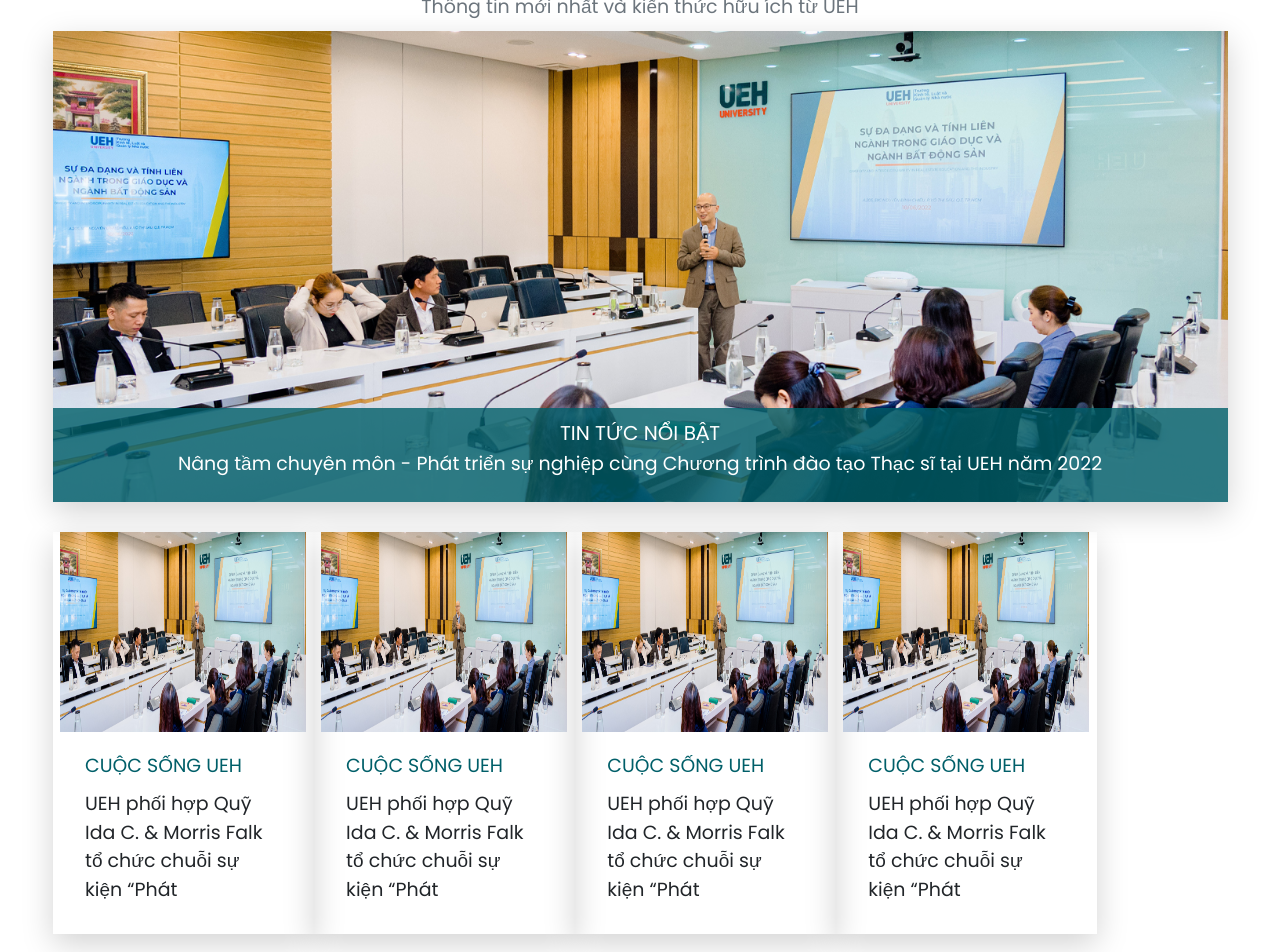
Repository: Jackietruong2805/frontends
Page: html css/ueh/index.html
An editor plug-in stored every save of this project. The page is shown before and after the next save, followed by the edit.
The browser window is 1280 px wide. The page is 1288 px wide, so the pictures cover 1288 px, including what lies to the right of the window. The pictures show the part of the page from y = 768 to 1720 px (the page is 1720 px tall).
Some web libraries are served in a nearby version.

Above is the page before, as saved 2022-06-20 09:48:58.

### html css/ueh/index.html
<!DOCTYPE html>
<html lang="en">
  <head>
    <meta charset="UTF-8" />
    <meta http-equiv="X-UA-Compatible" content="IE=edge" />
    <meta name="viewport" content="width=device-width, initial-scale=1.0" />
    <title>UEH</title>
    <!-- FONT GOOGLE -->
    <link rel="preconnect" href="https://fonts.googleapis.com" />
    <link rel="preconnect" href="https://fonts.gstatic.com" crossorigin />
    <link
      href="https://fonts.googleapis.com/css2?family=Poppins:wght@300;400;700&display=swap"
      rel="stylesheet"
    />
    <!-- FONT AWESOME -->
    <link
      rel="stylesheet"
      href="https://cdnjs.cloudflare.com/ajax/libs/font-awesome/6.1.1/css/all.min.css"
      integrity="sha512-KfkfwYDsLkIlwQp6LFnl8zNdLGxu9YAA1QvwINks4PhcElQSvqcyVLLD9aMhXd13uQjoXtEKNosOWaZqXgel0g=="
      crossorigin="anonymous"
      referrerpolicy="no-referrer"
    />
    <!-- BS5 -->
    <link
      href="https://cdn.jsdelivr.net/npm/bootstrap@5.1.3/dist/css/bootstrap.min.css"
      rel="stylesheet"
      integrity="sha384-1BmE4kWBq78iYhFldvKuhfTAU6auU8tT94WrHftjDbrCEXSU1oBoqyl2QvZ6jIW3"
      crossorigin="anonymous"
    />
    <!-- INDEX CSS -->
    <link rel="stylesheet" href="./css/index.css" />
  </head>
  <body class="fix">
    <!-- HEADER -->
    <header class="container-fluid p-0">
      <nav
        class="navbar navbar-expand-lg navbar-dark bg-dark p-0 fixed-top w-100"
        id="brand-bar"
      >
        <div class="container-fluid px-5">
          <a class="navbar-brand" id="header--workmark" href="#">
            <img src="./img/logo-header.png" id="logo-header" alt="ueh-logo" />
          </a>
          <button
            class="navbar-toggler"
            type="button"
            data-bs-toggle="collapse"
            data-bs-target="#navbarUeh"
            aria-controls="navbarSupportedContent"
            aria-expanded="false"
            aria-label="Toggle navigation"
          >
            <span class="navbar-toggler-icon"></span>
          </button>
          <div class="collapse navbar-collapse" id="navbarUeh">
            <ul class="navbar-nav ms-auto mb-2 mb-lg-0 px-5">
              <li class="nav-item">
                <a class="nav-link active" aria-current="page" href="#"
                  >Tân sinh viên</a
                >
              </li>
              <li class="nav-item">
                <a class="nav-link" href="#">Người học</a>
              </li>
              <li class="nav-item">
                <a class="nav-link" href="#">Cựu sinh viên</a>
              </li>
              <li class="nav-item">
                <a class="nav-link" href="#">UEH Future</a>
              </li>
              <li class="nav-item">
                <a class="nav-link" href="#">UEHer</a>
              </li>
              <li class="nav-item">
                <a class="nav-link" href="#">UEH Vĩnh Long</a>
              </li>
              <li class="nav-item d-flex align-items-center">
                <div class="button-cover">
                  <span class="vi text-white">VI</span>
                  <span class="en">EN</span>
                </div>
              </li>
            </ul>
            <button class="btn btn-info">
              <i class="fa fa-search"></i>
            </button>
          </div>
        </div>
      </nav>
      <div id="video" class="video row">
        <div class="video-ueh"></div>
      </div>
    </header>

    <!-- CAROUSEL -->
    <div class="body">
      <section class="carousel">
        <div id="uehIndicators" class="carousel slide" data-bs-ride="carousel">
          <div class="carousel-indicators">
            <button
              type="button"
              data-bs-target="#uehIndicators"
              data-bs-slide-to="0"
              class="active"
              aria-current="true"
              aria-label="Slide 1"
            ></button>
            <button
              type="button"
              data-bs-target="#uehIndicators"
              data-bs-slide-to="1"
              aria-label="Slide 2"
            ></button>
            <button
              type="button"
              data-bs-target="#uehIndicators"
              data-bs-slide-to="2"
              aria-label="Slide 3"
            ></button>
            <button
              type="button"
              data-bs-target="#uehIndicators"
              data-bs-slide-to="3"
              aria-label="Slide 4"
            ></button>
            <button
              type="button"
              data-bs-target="#uehIndicators"
              data-bs-slide-to="4"
              aria-label="Slide 4"
            ></button>
          </div>
          <div class="carousel-inner">
            <div class="carousel-item active">
              <img src="./img/slider-1.jpg" class="d-block w-100" alt="..." />
            </div>
            <div class="carousel-item">
              <img src="./img/slider-2.png" class="d-block w-100" alt="..." />
            </div>
            <div class="carousel-item">
              <img src="./img/slider-3.jpg" class="d-block w-100" alt="..." />
            </div>
            <div class="carousel-item">
              <img src="./img/slider-4.jpg" class="d-block w-100" alt="..." />
            </div>
            <div class="carousel-item">
              <img src="./img/slider-5.png" class="d-block w-100" alt="..." />
            </div>
          </div>
          <button
            class="carousel-control-prev"
            type="button"
            data-bs-target="#uehIndicators"
            data-bs-slide="prev"
          >
            <span class="ueh-block-title">
              <i class="fa fa-angle-left"></i>
            </span>
            <span class="visually-hidden">Previous</span>
          </button>
          <button
            class="carousel-control-next"
            type="button"
            data-bs-target="#uehIndicators"
            data-bs-slide="next"
          >
            <span class="ueh-block-title"
              ><i class="fa fa-angle-right"></i
            ></span>
            <span class="visually-hidden">Next</span>
          </button>
        </div>
      </section>
      <!-- CAROUSEL -->

      <!-- NEWS -->
      <section class="news my-5">
        <h1 class="text-center ueh-block-title fw-bold fs-1">Tin tức</h1>
        <p class="text-muted text-center">
          Thông tin mới nhất và kiến thức hữu ích từ UEH
        </p>
        <div class="container-fluid px-5">
          <div class="row px-5">
            <div class="col-12 shadow-lg p-0 overflow-hidden position-relative">
              <img
                class="img-fluid"
                id="img-scale"
                src="./img/news-1.jpg"
                alt="news1"
              />
              <div class="news__overplay">
                <h2 class="over-1">TIN TỨC NỔI BẬT</h2>
                <p class="over-2">
                  Nâng tầm chuyên môn - Phát triển sự nghiệp cùng Chương trình
                  đào tạo Thạc sĩ tại UEH năm 2022
                </p>
              </div>
            </div>
          </div>
          <div class="row px-5 py-5 news__list">
            <div class="col-3 shadow-lg news__col news__item">
              <div class="news__img">
                <img class="" src="./img/news-1.jpg" alt="news-1" />
              </div>
              <div class="new__content">
                <p style="color: rgb(0, 95, 105)">CUỘC SỐNG UEH</p>
                <p>
                  UEH phối hợp Quỹ Ida C. & Morris Falk tổ chức chuỗi sự kiện
                  “Phát
                </p>
              </div>
            </div>
            <div class="col-3 shadow-lg news__col news__item">
              <div class="news__img">
                <img class="" src="./img/news-1.jpg" alt="news-1" />
              </div>
              <div class="new__content">
                <p style="color: rgb(0, 95, 105)">CUỘC SỐNG UEH</p>
                <p>
                  UEH phối hợp Quỹ Ida C. & Morris Falk tổ chức chuỗi sự kiện
                  “Phát
                </p>
              </div>
            </div>
            <div class="col-3 shadow-lg news__col news__item">
              <div class="news__img">
                <img class="" src="./img/news-1.jpg" alt="news-1" />
              </div>
              <div class="new__content">
                <p style="color: rgb(0, 95, 105)">CUỘC SỐNG UEH</p>
                <p>
                  UEH phối hợp Quỹ Ida C. & Morris Falk tổ chức chuỗi sự kiện
                  “Phát
                </p>
              </div>
            </div>
            <div class="col-3 shadow-lg news__col news__item">
              <div class="news__img">
                <img class="" src="./img/news-1.jpg" alt="news-1" />
              </div>
              <div class="new__content">
                <p style="color: rgb(0, 95, 105)">CUỘC SỐNG UEH</p>
                <p>
                  UEH phối hợp Quỹ Ida C. & Morris Falk tổ chức chuỗi sự kiện
                  “Phát
                </p>
              </div>
            </div>
          </div>
        </div>
      </section>
      <!-- ADMISSIONS -->
      <section class="admissions"></section>
      <!-- EVENT -->
      <section class="event"></section>
      <!-- RESEARCH -->
      <section class="research"></section>
      <!-- TRAIN -->
      <section class="train"></section>
      <!-- COOPERATION -->
      <section class="coOperation"></section>
      <!-- ACCREDITATION -->
      <section class="accreditation"></section>
      <!-- UEH -->
      <section class="ueh"></section>
      <!-- INTRO -->
      <section class="intro"></section>
      <!-- EXPLORE -->
      <section class="explore"></section>
      <!-- FOOTER -->
      <footer></footer>
    </div>

    <div class="placeholder"></div>

    <!-- thư viện hộ trợ -->
    <script
      src="https://cdn.jsdelivr.net/npm/bootstrap@5.1.3/dist/js/bootstrap.bundle.min.js"
      integrity="sha384-ka7Sk0Gln4gmtz2MlQnikT1wXgYsOg+OMhuP+IlRH9sENBO0LRn5q+8nbTov4+1p"
      crossorigin="anonymous"
    ></script>
    <script src="./js/index.js"></script>
  </body>
</html>

### html css/ueh/css/index.css
/* Global */
* {
    padding: 0;
    margin: 0;
    box-sizing: border-box;
}

html {
    font-size: 10px;
}

body {
    font-size: 1.9em;
}

body,
html {
    font-family: 'Poppins', sans-serif;
}

.ueh-block-title {
    color: #f26f33 !important;
}

.fs-1 {
    font-size: 3.0517578125em !important;
    ;
}

#img-scale {
    transform: scale(1);
    transition: 0.5s;
}

#img-scale:hover {
    transform: scale(1.05);
}

.fixed {
    position: fixed;
    top: 0;
    width: 100%;
    z-index: -2;
}

.section {
    padding: 30px 0;
}

/* HEADER */
.fix .body {
    position: fixed;
    top: 20vh;
    width: 100%;
    z-index: -1;
}

.fix .placeholder {
    position: relative;
    height: 1000px;
    z-index: 1;
}

header {
    height: 100vh;
    display: flex;
    flex-direction: column;
    position: relative;
    z-index: 1;
}

.video {
    flex-grow: 1;
}

.video-ueh {
    height: 100%;
    background-image: url('../img/ueh-vid.gif');
    background-position: center;
    background-repeat: no-repeat;
    background-size: cover;
}

#brand-bar {
    background-color: rgb(0, 95, 105) !important;

}

#navbarUeh .nav-item {
    transition: 0.5s;
}

#navbarUeh .nav-item:hover:not(:last-child) {
    background-color: #f26f33;
}

.navbar #header--workmark {
    font-size: 1.1em !important;
    line-height: 1.8em !important;
}

#logo-header {
    max-height: 36px !important;
}

#navbarUeh .nav-item .nav-link {
    color: #fff;
    font-weight: 300;
    padding: .5555555556em .5em;
    outline-offset: -4px;
}

.button-cover {
    background-color: white;
    border-radius: 30px;
    padding: 1.5px 4px;
    line-height: 10px;
}

.button-cover .vi {
    display: inline-block;
    border-radius: 50%;
    background-color: rgb(0, 95, 105);
    padding: 8px;
    font-size: 10px;
    font-weight: bold;
}

.button-cover .en {
    color: rgb(0, 95, 105);
    font-size: 10px;
    padding: 5px;
    font-weight: bold;
}

#navbarUeh .btn-info,
#navbarUeh .btn-info:focus {
    color: white;
    background-color: rgb(0, 95, 105);
    border: 0;
    font-size: inherit;
    padding: 0 40px 0 60px;
    box-shadow: none;
}


/* CAROUSEL */


#uehIndicators .carousel-indicators .active {
    background-color: white;
}

.carousel-control-prev,
.carousel-control-next {
    opacity: 1;
    width: 5%;
}

.carousel-indicators [data-bs-target] {
    width: 10px;
    height: 10px;
    border-radius: 50%;
    background-color: transparent;
    border: 2px solid white;
    background-clip: border-box;
}

.carousel-control-prev .fa-angle-left {
    font-size: 40px;
}

.carousel-control-next .fa-angle-right {
    font-size: 40px;
}

.news__overplay {
    position: absolute;
    width: 100%;
    height: 20%;
    background-color: rgba(0, 95, 105, 0.8);
    bottom: 0;
    display: flex;
    flex-direction: column;
    justify-content: center;
    text-align: center;
    color: #fff;
}

.news__col {
    display: flex;
    flex-direction: column;

}

.new__content {
    padding: 20px 25px;
}

.news__img {
    height: auto;
    flex-basis: 100px;
}

.news__img img {
    height: 200px;
    max-width: 100%;
}

.news .news__list {}

.news .news__item {
    width: calc(100%/4.5);
}

### html css/ueh/js/index.js
window.onscroll = function () {
  const video = document.getElementById("video");
  const body = document.querySelector("body");
  const videoHeight = video.offsetHeight;

  if (document.documentElement.scrollTop <= videoHeight) {
    body.classList.add("fix");
  } else {
    body.classList.remove("fix");
  }
};

After the next save:
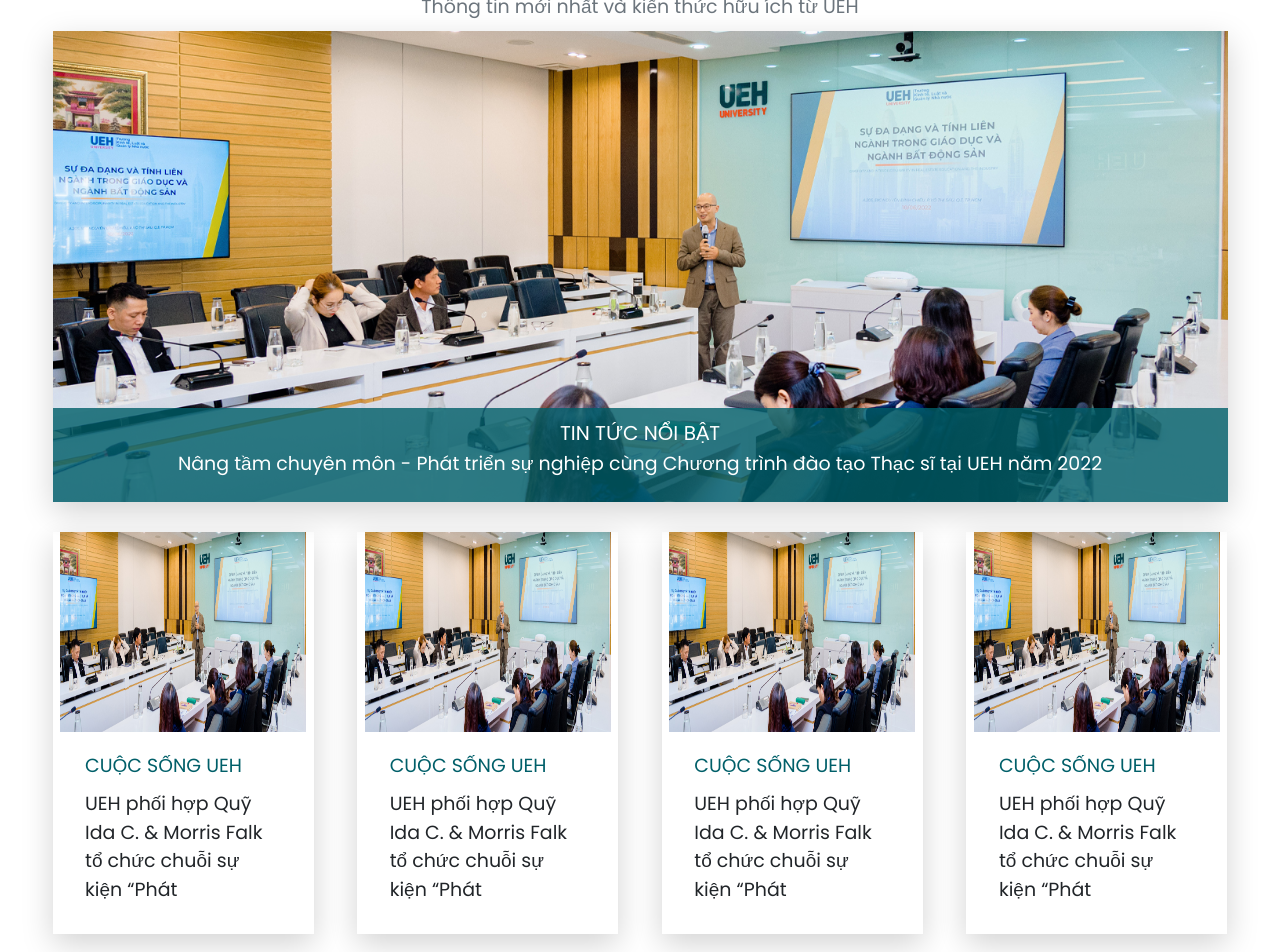
Saved 21 s later.
--- a/html css/ueh/css/index.css
+++ b/html css/ueh/css/index.css
@@ -207,7 +207,9 @@
     max-width: 100%;
 }
 
-.news .news__list {}
+.news .news__list {
+    justify-content: space-between;
+}
 
 .news .news__item {
     width: calc(100%/4.5);
